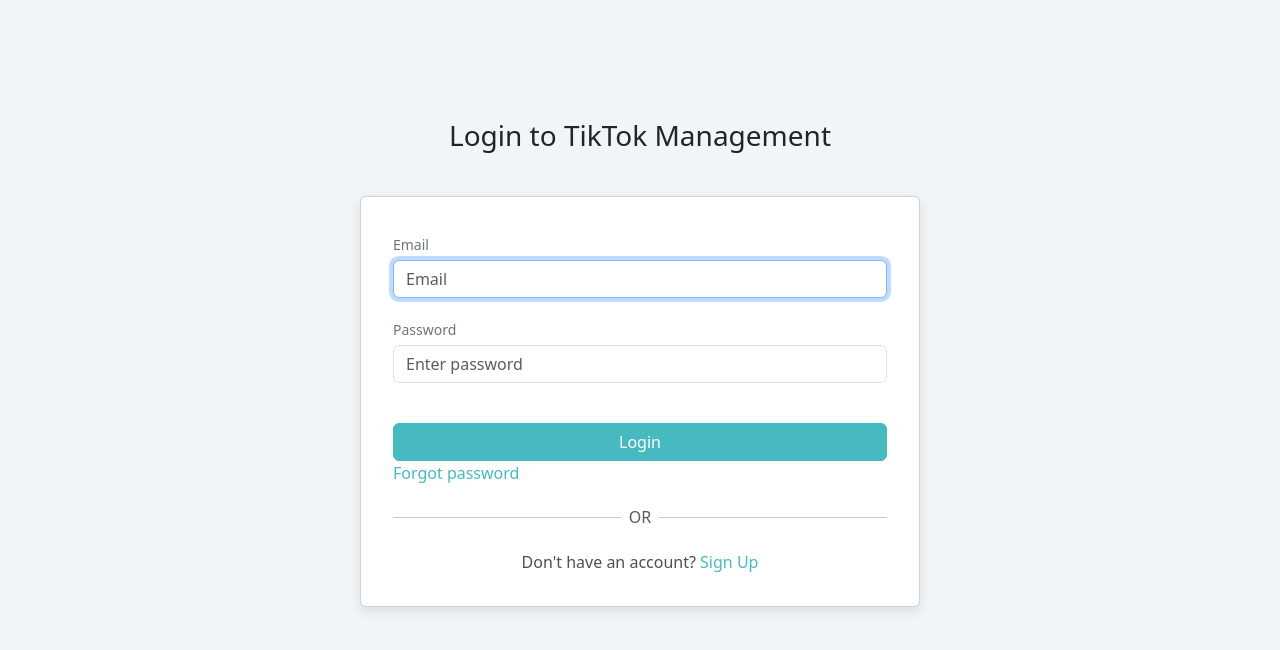
Repository: chaolaolo/tikcrm-fe
Page: /dashboard
These files come from the project's save history. The page is drawn as it stood at one moment and after the next save; the edit follows.
The browser window is 1280 px wide. The pictures show the whole page.
The first visible `.form-control` has the focus.
The project was rebuilt for these pictures with package versions that can differ from the ones it lists, and the page was loaded fresh each time. Also part of the build but not shown: vite.config.ts, src/pages/Home/Settings.tsx, src/pages/Home/HomePage.tsx. Imported but missing from the stored project, and not drawn on this page: src/pages/Home/Dashboard, src/pages/Register/RegisterPage.

Above is the page before, as saved 2025-05-22 23:02:21.

### src/main.tsx
import React, { StrictMode } from 'react'
import ReactDOM from 'react-dom/client';
import { createRoot } from 'react-dom/client'
import './index.css'
import { BrowserRouter } from 'react-router-dom';
import { AuthProvider } from './store/AuthContext.tsx';
import App from './App.tsx'
import 'antd/dist/reset.css';
import 'bootstrap/dist/css/bootstrap.min.css';
import 'bootstrap/dist/js/bootstrap.bundle.min.js';

ReactDOM.createRoot(document.getElementById('root')!).render(
  <React.StrictMode>
    <AuthProvider>
      <BrowserRouter>
        <App />
      </BrowserRouter>
    </AuthProvider>
  </React.StrictMode>
)

### src/store/AuthContext.tsx
import React, { createContext, useContext, useState, type ReactNode } from 'react';

interface AuthContextProps {
  isLoggedIn: boolean;
  login: () => void;
  logout: () => void;
}

const AuthContext = createContext<AuthContextProps | undefined>(undefined);

export const AuthProvider = ({ children }: { children: ReactNode }) => {
  const [isLoggedIn, setIsLoggedIn] = useState(false);

  const login = () => setIsLoggedIn(true);
  const logout = () => setIsLoggedIn(false);

  return (
    <AuthContext.Provider value={{ isLoggedIn, login, logout }}>
      {children}
    </AuthContext.Provider>
  );
};

export const useAuth = () => {
  const context = useContext(AuthContext);
  if (!context) throw new Error('useAuth must be used within AuthProvider');
  return context;
};

### src/App.tsx
import { useState } from 'react'
import reactLogo from './assets/react.svg'
import viteLogo from '/vite.svg'
import './App.css'
import { useAuth } from './store/AuthContext';
import { Navigate, Route, Routes } from 'react-router-dom';
import LoginPage from './pages/Auth/LoginPage';
import RegisterPage from './pages/Register/RegisterPage';
import HomePage from './pages/Home/HomePage';
import 'bootstrap/dist/css/bootstrap.min.css';
import 'bootstrap/dist/js/bootstrap.bundle.min.js';
import 'antd/dist/reset.css'

const App = () => {
  const { isLoggedIn } = useAuth();

  return (
    <Routes>
      <Route path="/login" element={<LoginPage />} />
      <Route path="/register" element={<RegisterPage />} />
      <Route path="/forgot-password" element={<RegisterPage />} />
      <Route
        path="/home/*"
        element={isLoggedIn ? <HomePage /> : <Navigate to="/login" />}
      />
      <Route path="*" element={<Navigate to={isLoggedIn ? "/home" : "/login"} />} />
    </Routes>
  );
};

export default App;

### src/pages/Auth/LoginPage.tsx
import React from 'react';
import 'bootstrap/dist/css/bootstrap.min.css';
import { Link } from 'react-router-dom';
import Divider from '../../core/Divider/Divider';
import { Button } from 'antd';
import './login.css';
const LoginPage: React.FC = () => {
  return (
    <div style={{
      backgroundColor: '#f1f5f7', // Màu light của Bootstrap
      position: 'fixed',
      top: 0,
      left: 0,
      right: 0,
      bottom: 0,
      overflow: 'auto'
    }}>
      <div className="d-flex justify-content-center align-items-center min-vh-100 p-3">
        <div className="w-100" style={{ maxWidth: '600px', }}>
          <p className="text-center mb-8 fs-3 fw-normal">Login to TikTok Management</p>
          <div className="card p-8 " style={{
            marginTop: '40px',
            marginLeft: '20px',
            marginRight: '20px',
            backgroundColor: 'white',
            boxShadow: '0 4px 12px rgba(0, 0, 0, 0.1)'
          }}>
            <form>
              <div className="mb-3 text-start">
                <label htmlFor="email" className="col-sm-2 col-form-label col-form-label-sm text-secondary">Email</label>
                <input
                  type="email"
                  className="form-control"
                  id="email"
                  placeholder="Email"
                />
              </div>

              <div className="mb-3 text-start">
                <label htmlFor="password" className="col-sm-2 col-form-label col-form-label-sm text-secondary">Password</label>
                <input
                  type="password"
                  className="form-control"
                  id="password"
                  placeholder="Enter password"
                  style={{
                    ':focus': {
                      borderColor: '#47bac1',
                      boxShadow: '0 0 0 0.25rem rgba(71, 186, 193, 0.25)'
                    }
                  }}
                />
              </div>

              <button type="submit" className="btn custom-login-btn w-100 mt-4">Login</button>

              <div className="mb-3 text-start">
                <Link to="/forgot-password"
                  className="custom-hover-underline fw-normal" style={{ fontSize: '16px', color: '#47bac1' }}>
                  Forgot password
                </Link>
                {/* <a href="#forgot-password" className=" text-decoration-none">Forgot password</a> */}
              </div>

              <div className="d-flex align-items-center mb-3">
                <hr className="flex-grow-1" />
                <span className="px-2 text-muted">OR</span>
                <hr className="flex-grow-1" />
              </div>

              <div className="text-center">
                <span className='text-light-emphasis'>Don't have an account? </span>
                <Link to="/register"
                  className="custom-hover-underline   fw-normal" style={{ fontSize: '16px', color: '#47bac1' }}>
                  Sign Up
                </Link>
                {/* <a href="#signup" className="text-decoration-none">Sign up</a> */}
              </div>
            </form>
          </div>
        </div>
      </div>
    </div>
  );
};

export default LoginPage;

### src/pages/Auth/Login.css

.custom-login-btn {
  background-color: #47bac1;
  border-color: #47bac1;
  color: #fff;
}

.custom-login-btn:hover {
  background-color: var(--bs-primary);
  border-color: var(--bs-primary);
  color: #fff;
}


.custom-hover-underline {
  text-decoration: none;
  color: #47bac1;
}

.custom-hover-underline:hover {
  text-decoration: underline;
}

Loaded but not shown: index.html (common file); src/index.css (common file); src/App.css (common file)

After the next save:
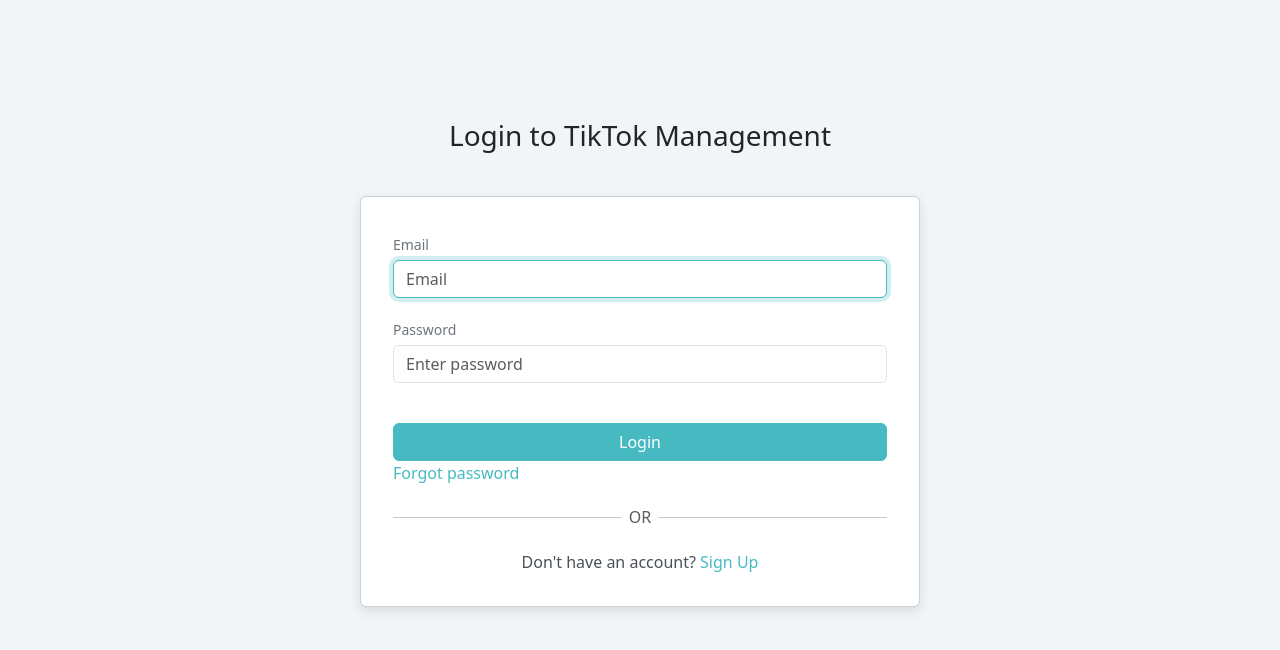
Saved 28 s later.
--- a/src/pages/Auth/Login.css
+++ b/src/pages/Auth/Login.css
@@ -20,3 +20,9 @@
 .custom-hover-underline:hover {
   text-decoration: underline;
 }
+
+
+.form-control:focus {
+  border-color: #47bac1;
+  box-shadow: 0 0 0 0.25rem rgba(71, 186, 193, 0.25);
+}
